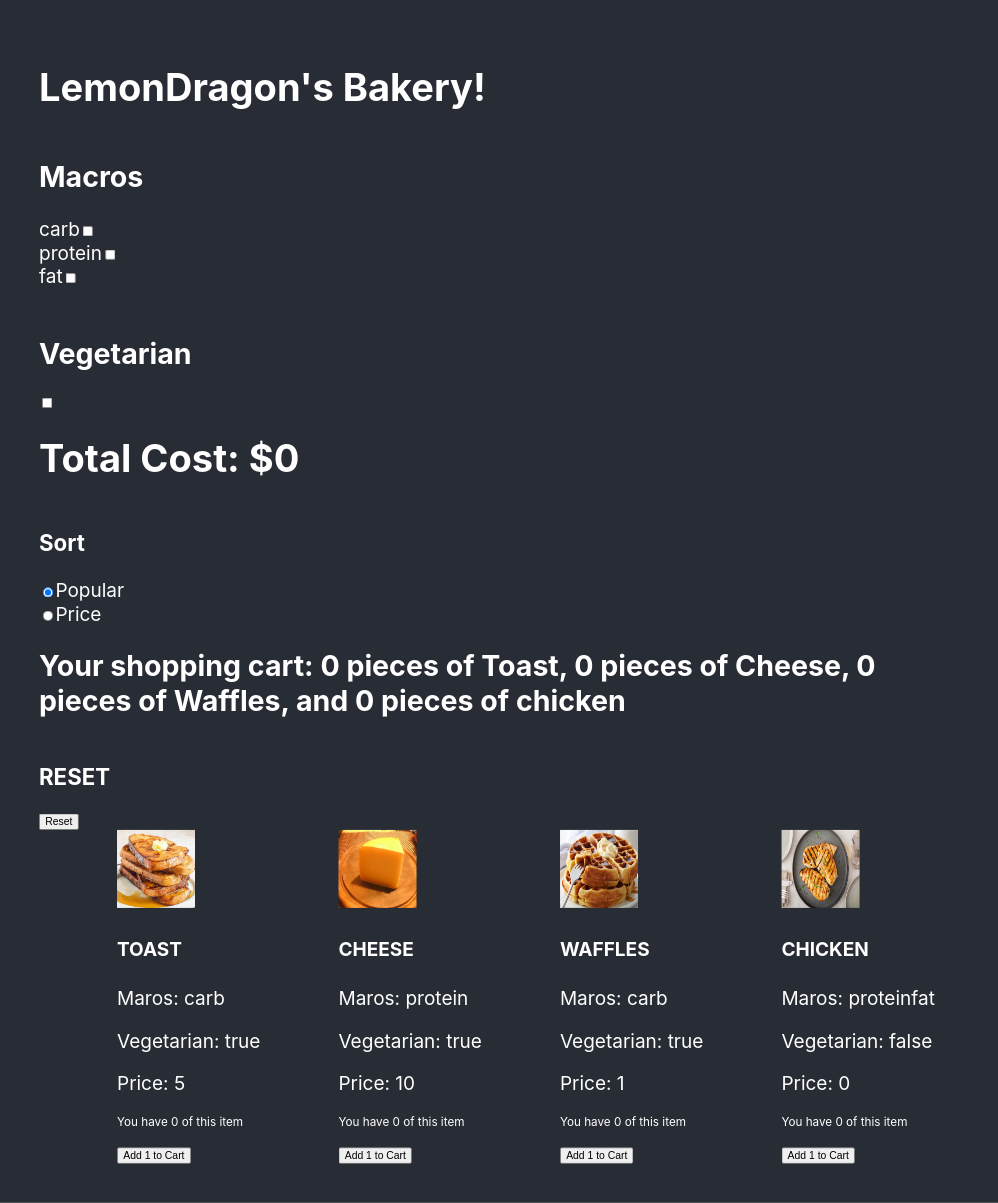
Repository: happydragon200/development
Page: /
An editor plug-in stored every save of this project. The page is shown before and after the next save, followed by the edit.
The browser window is 1280 px wide. The pictures show the whole page, at 78% of full size.
The project was rebuilt for these pictures with package versions that can differ from the ones it lists, and the page was loaded fresh each time.

Above is the page before, as saved 2022-12-02 06:44:51.

### src/App.js
import React, { useState } from 'react'
import baguette from './images/baguette.jpg'
import toast from './images/toast.png'
import cheese from './images/cheese.jpg'
import waffle from './images/waffle.jpg'
import chicken from './images/chicken.jpg'
import Container from 'react-bootstrap/Container'
import Nav from 'react-bootstrap/Nav'
import Navbar from 'react-bootstrap/Navbar'
import NavDropdown from 'react-bootstrap/NavDropdown'
import './App.css'

function App() {
  return (
    <div>
      <div className="App">
        <header className="App-header">
          <h1>LemonDragon's Bakery!</h1>
          <Menu />
        </header>
      </div>
    </div>
  )
}

function FilterBar(props) {
  const { selected, changeSelected } = props

  const carbsButton = FilterButton(selected, changeSelected, 'carb')
  const proteinButton = FilterButton(selected, changeSelected, 'protein')
  const fatButton = FilterButton(selected, changeSelected, 'fat')

  const pieButton = FilterButton(selected, changeSelected, 'pie')
  const cakeButton = FilterButton(selected, changeSelected, 'cake')
  const otherButton = FilterButton(selected, changeSelected, 'other')

  const buttons = [carbsButton, proteinButton, fatButton]

  return (
    <div>
      {buttons}
      <h1>{selected}</h1>
    </div>
  )
}

function ResetButton(props) {
  const {
    changeSelected,
    toast_setcount,
    cheese_setcount,
    waffle_setcount,
    chicken_setcount,
  } = props

  const clickChange = () => {
    changeSelected([])
    toast_setcount(0)
    cheese_setcount(0)
    waffle_setcount(0)
    chicken_setcount(0)
  }

  return (
    <input
      type="button"
      value="Reset"
      onClick={clickChange}
    />
  )
}

function VegButton(props) {
  const { veg, changeVeg } = props

  const clickChange = () => {
    changeVeg(!veg)
  }

  return (
    <input
      type="checkbox"
      id="vegetarian"
      name="Vegetarian"
      // value="Paneer"
      checked={veg}
      onChange={clickChange}
    />
  )
}

function FilterButton(selected, changeSelected, tag) {
  // const { selected, changeSelected, tag } = props

  const clickChange = () => {
    if (selected.includes(tag)) {
      // const new_selected = selected.remove(tag)

      var new_selected = selected.filter(function (value, index, arr) {
        return value !== tag
      })
      changeSelected(new_selected)
    } else {
      const new_selected = [...selected]
      new_selected.push(tag)
      changeSelected(new_selected)
    }
  }

  return (
    <div>
      {tag}
      <input
        type="checkbox"
        id="topping"
        name="topping"
        value="Paneer"
        // checked={man}
        onChange={clickChange}
      />
    </div>
  )
}

function Menu() {
  const [selected, changeSelected] = useState([])

  const [chosen, changeChosen] = useState('Popular')
  const [veg, changeVeg] = useState(false)

  const [toast_count, toast_setcount] = useState(0)
  const [cheese_count, cheese_setcount] = useState(0)
  const [waffle_count, waffle_setcount] = useState(0)
  const [chicken_count, chicken_setcount] = useState(0)

  const toast_price = 5
  const cheese_price = 10
  const waffle_price = 1
  const chicken_price = 0

  const toast_comp = [
    ['carb'],
    true,
    toast_price,
    BakeryItem(
      'toast',
      ['carb'],
      true,
      toast_price,
      toast,
      toast_count,
      toast_setcount,
    ),
  ]
  const cheese_comp = [
    ['protein'],
    true,
    cheese_price,
    BakeryItem(
      'cheese',
      ['protein'],
      true,
      cheese_price,
      cheese,
      cheese_count,
      cheese_setcount,
    ),
  ]
  const waffle_comp = [
    ['carb'],
    true,
    waffle_price,
    BakeryItem(
      'waffles',
      ['carb'],
      true,
      waffle_price,
      waffle,
      waffle_count,
      waffle_setcount,
    ),
  ]

  const chicken_comp = [
    ['protein', 'fat'],
    false,
    chicken_price,
    BakeryItem(
      'chicken',
      ['protein', 'fat'],
      false,
      chicken_price,
      chicken,
      chicken_count,
      chicken_setcount,
    ),
  ]

  var final_list = [toast_comp, cheese_comp, waffle_comp, chicken_comp]

  if (selected.length > 0) {
    final_list = final_list.filter(function (food) {
      for (let i = 0; i < selected.length; i++) {
        const option = selected[i]

        if (!food[0].includes(option)) {
          return false
        }
      }
      return true
    })
  }

  if (veg) {
    final_list = final_list.filter((food) => food[1])
  }

  if (chosen === 'Price') {
    console.log('DSKFJSKLJFLSLDFj')
    final_list.sort(function (a, b) {
      return a[1] - b[1]
    })
  }

  final_list = final_list.map((item) => item.slice(-1))

  // console.log('sorted')

  // console.log(final_list)
  // console.log('hm')

  return (
    <>
      <h2>Macros</h2>
      <FilterBar selected={selected} changeSelected={changeSelected} />
      <div></div>
      <div></div>
      <h2>Vegetarian</h2>
      <VegButton veg={veg} changeVeg={changeVeg} />
      <h1>
        Total Cost: $
        {toast_count * toast_price +
          cheese_count * cheese_price +
          waffle_count * waffle_price +
          chicken_count * chicken_price}
      </h1>
      <SortPriceButton chosen={chosen} changeChosen={changeChosen} />
      <h2>
        Your shopping cart: {toast_count} pieces of Toast, {cheese_count} pieces
        of Cheese, {waffle_count} pieces of Waffles, and {chicken_count} pieces
        of chicken
      </h2>

      <h3>RESET</h3>
      <ResetButton
        changeSelected={changeSelected}
        toast_setcount={toast_setcount}
        cheese_setcount={cheese_setcount}
        waffle_setcount={waffle_setcount}
        chicken_setcount={chicken_setcount}
      />

      <div className="flex-parent">{final_list}</div>
    </>
  )
}

function SortPriceButton(props) {
  const { chosen, changeChosen } = props

  const handlePrice = () => {
    changeChosen('Price')
  }

  const handlePopular = () => {
    changeChosen('Popular')
  }

  return (
    <div>
      <h3>Sort</h3>
      <div className="radio">
        <label>
          <input
            type="radio"
            // label="Popular"
            checked={chosen === 'Popular'}
            onChange={handlePopular}
          />
          Popular
        </label>
      </div>
      <div className="radio">
        <label>
          <input
            type="radio"
            // label="Price"
            checked={chosen === 'Price'}
            onChange={handlePrice}
          />
          Price
        </label>
      </div>
    </div>
  )
}

function BakeryItem(label, macros, veg, price, img, count, setCount) {
  // const { img, count, setCount } = prop

  return (
    <div className="pad">
      <img src={img} className="Item-small" />
      <h4>{label.toUpperCase()}</h4>
      <p>Maros: {macros}</p>
      <p>Vegetarian: {veg.toString()}</p>
      <p>Price: {price}</p>
      <p className="smull">You have {count} of this item</p>
      <button onClick={() => setCount(count + 1)}>Add 1 to Cart</button>

      {count > 0 && (
        <button onClick={() => setCount(count - 1)}>Remove 1 from Cart</button>
      )}
    </div>
  )
}

export default App

// const [type, setType] = useState('ALL')

// var foods = [
//   {
//     name: 'toast',
//     type: 'bread',
//     price: 5,
//     img: { toast },
//     count: { toast_count },
//   },
//   {
//     name: 'cheese',
//     type: 'protein',
//     price: 10,
//     img: { cheese },
//     count: { cheese_count },
//   },
//   {
//     name: 'waffle',
//     type: 'bread',
//     price: 100,
//     img: { waffle },
//     count: { waffle_count },
//   },
// ]

// foods.filter(function (value, index, arr) {
//   return value
// })

### src/App.css
.App {
  /* text-align: center; */
}

.App-logo {
  height: 40vmin;
  pointer-events: none;
}

@media (prefers-reduced-motion: no-preference) {
  .App-logo {
    animation: App-logo-spin infinite 20s linear;
  }
}

.App-header {
  background-color: #282c34;
  min-height: 100vh;
  display: flex;
  flex-direction: column;
  align-items: flex-start;
  justify-content: flex-start;
  font-size: calc(10px + 2vmin);
  padding: 50px 50px 50px 50px;
  color: white;
}

.App-link {
  color: #61dafb;
}

.Item-small {
  height: 100px;
  width: 100px;
}

.inline {
  justify-content: space-around;
}

.pad {
  padding: 0px 0px 0px 100px;
}

.flex-parent {
  display: flex;
  justify-content: space-around;

}

.smull {
  font-size: 15px;
}

@keyframes App-logo-spin {
  from {
    transform: rotate(0deg);
  }
  to {
    transform: rotate(360deg);
  }
}

Loaded but not shown: public/index.html (common file); src/index.js (common file); src/index.css (common file)

After the next save:
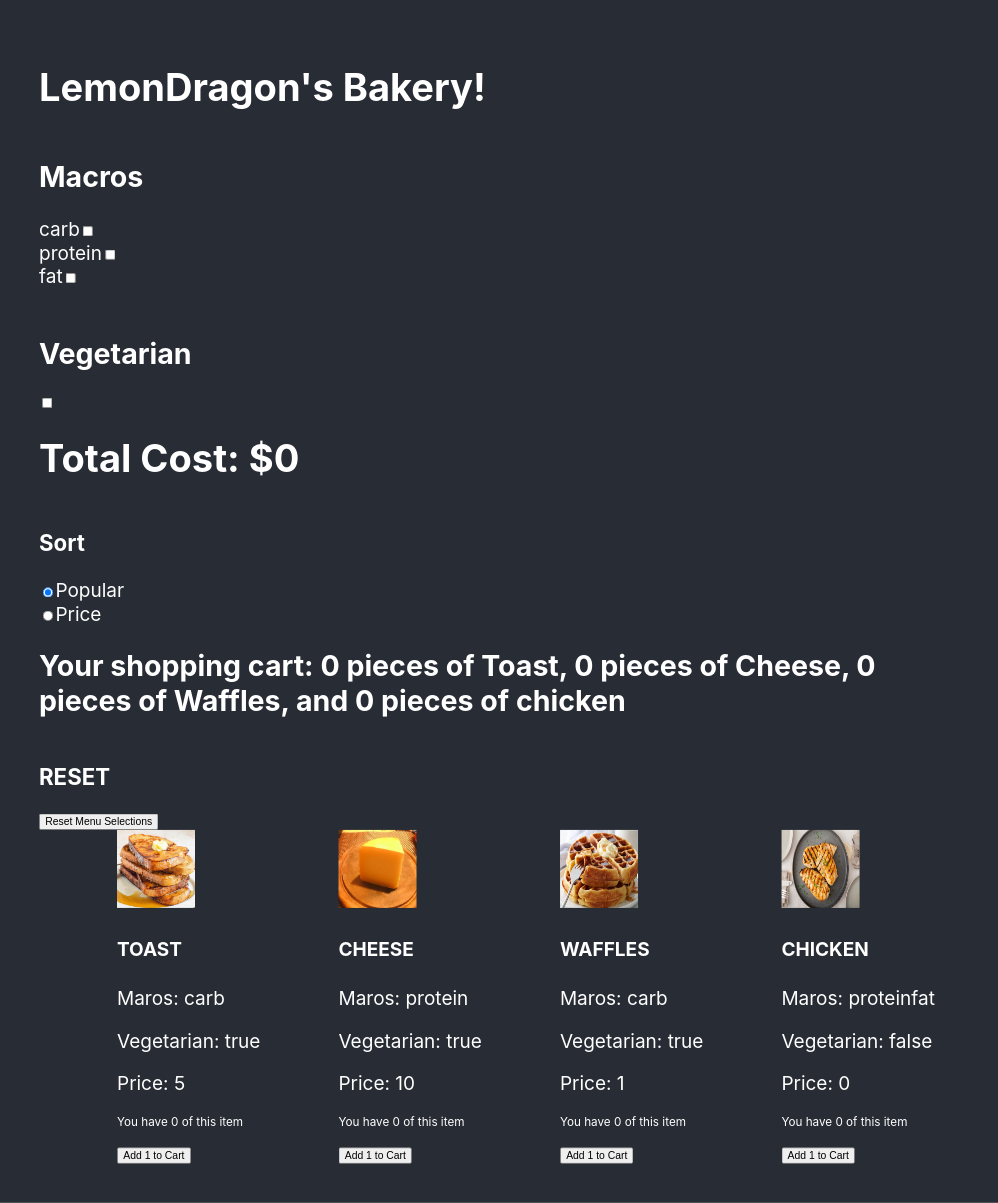
Saved 29 s later.
--- a/src/App.js
+++ b/src/App.js
@@ -64,7 +64,7 @@ function ResetButton(props) {
   return (
     <input
       type="button"
-      value="Reset"
+      value="Reset Menu Selections"
       onClick={clickChange}
     />
   )
